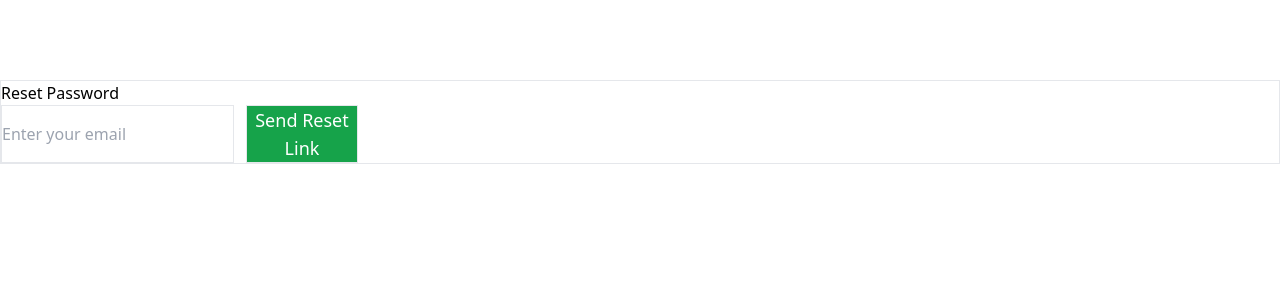
Repository: IssaMuiz/ifarmstock-admin
Page: /forgot-password
These files come from the project's save history. The page is drawn as it stood at one moment and after the next save; the edit follows.
The browser window is 1280 px wide. The pictures show the whole page.
The project was rebuilt for these pictures with package versions that can differ from the ones it lists, and the page was loaded fresh each time. The framework's server and built-in components were replaced by stand-ins that run in the browser. Also part of the build but not shown: next.config.mjs.

Above is the page before, as saved 2024-09-30 08:13:15.

### app/layout.tsx
import type { Metadata } from "next";
import localFont from "next/font/local";
import "./globals.css";
import ClientSessionProvider from "../components/clientSessionProvider";


const geistSans = localFont({
  src: "./fonts/GeistVF.woff",
  variable: "--font-geist-sans",
  weight: "100 900",
});
const geistMono = localFont({
  src: "./fonts/GeistMonoVF.woff",
  variable: "--font-geist-mono",
  weight: "100 900",
});

export const metadata: Metadata = {
  title: "iFarmStock-admin",
  description: "Generated by create next app",
};

export default function RootLayout({
  children,
}: Readonly<{
  children: React.ReactNode;
}>) {
  return (
    <html lang="en">
      <body
        className={`${geistSans.variable} ${geistMono.variable} antialiased`}
      >
        <ClientSessionProvider>{children}</ClientSessionProvider>
      </body>
    </html>
  );
}

### app/forgot-password/page.tsx
"use client";
import React from "react";
import { useState } from "react";
import axios from "axios";

const ForgotPassword = () => {
  const [email, setEmail] = useState("");
  const [message, setMessage] = useState("");
  const [loading, setLoading] = useState(false);

  const handleSubmit = async (e: React.FormEvent) => {
    e.preventDefault();
    setLoading(true);
    try {
      const res = await axios.post("/api/forgot-password", { email });
      if (res.status == 200 || res.status == 201) {
        console.log("link sent successfuly");
        setMessage("Password link has been sent to your email");
        setEmail("");
      }

      // eslint-disable-next-line @typescript-eslint/no-explicit-any
    } catch (error: any) {
      setMessage(error.res?.data?.message || "Something went wrong");
    } finally {
      setLoading(false);
    }
  };
  return (
    <div className="flex flex-col justify-center border mt-20">
      <h2>Reset Password</h2>
      <form className="flex  gap-3" onSubmit={handleSubmit}>
        <input
          className="border"
          type="email"
          placeholder="Enter your email"
          value={email}
          onChange={(e) => setEmail(e.target.value)}
          required
        />
        <button
          className="border bg-green-600 hover:bg-green-700 w-28 text-white text-lg text-semibold"
          type="submit"
        >
          {loading ? "Sending...." : "Send Reset Link"}
        </button>
      </form>
      {message && <p>{message}</p>}
    </div>
  );
};

export default ForgotPassword;

### components/clientSessionProvider.tsx
"use client";

import { SessionProvider } from "next-auth/react";
import { ReactNode } from "react";

export default function ClientSessionProvider({
  children,
}: {
  children: ReactNode;
}) {
  return <SessionProvider>{children}</SessionProvider>;
}

Loaded but not shown: app/globals.css (common file); tailwind.config.ts (common file)

After the next save:
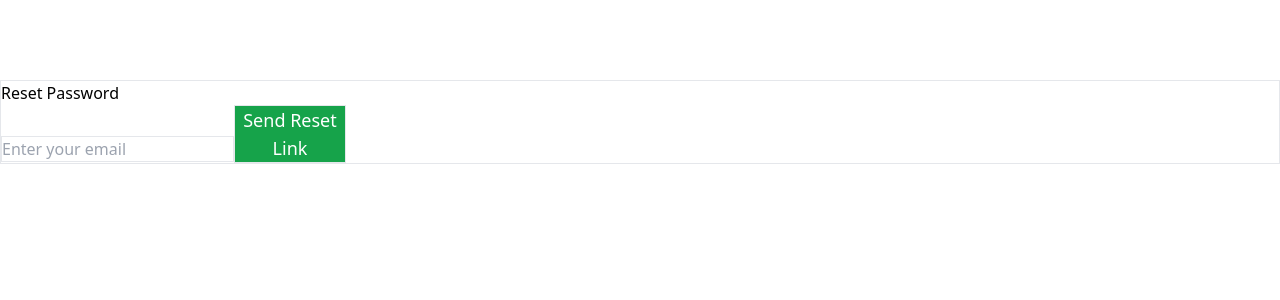
Saved 6 s later.
--- a/app/forgot-password/page.tsx
+++ b/app/forgot-password/page.tsx
@@ -29,7 +29,7 @@ const ForgotPassword = () => {
   return (
     <div className="flex flex-col justify-center border mt-20">
       <h2>Reset Password</h2>
-      <form className="flex  gap-3" onSubmit={handleSubmit}>
+      <form className="" onSubmit={handleSubmit}>
         <input
           className="border"
           type="email"
